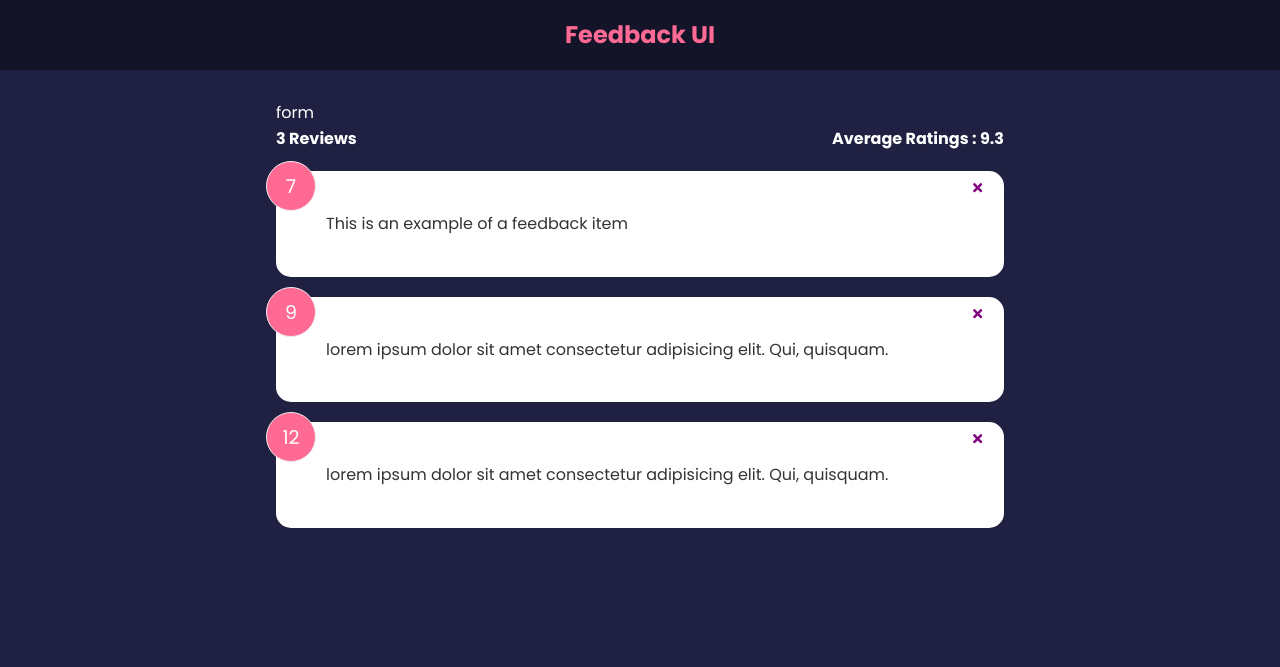
Repository: bayorwor/feedbackapp
Page: /
These files come from the project's save history. The page is drawn as it stood at one moment and after the next save; the edit follows.
The browser window is 1280 px wide. The pictures show the whole page.
The project was rebuilt for these pictures with package versions that can differ from the ones it lists, and the page was loaded fresh each time.

Above is the page before, as saved 2022-01-30 19:06:37.

After the next save:
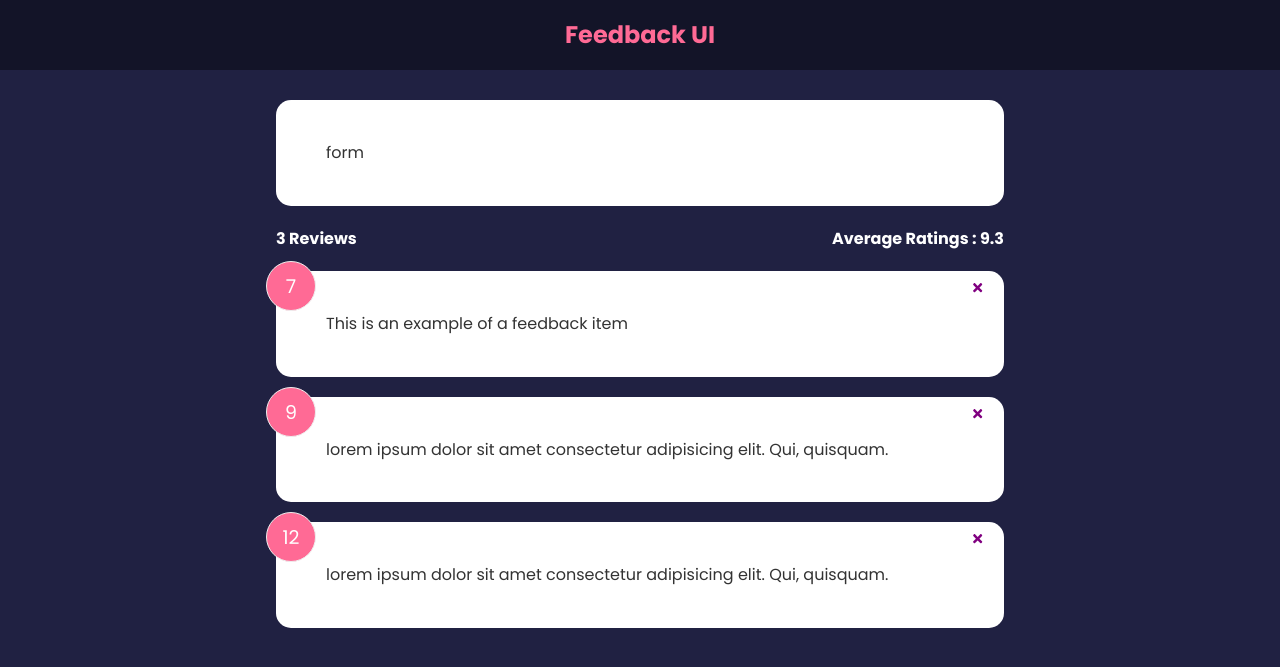
Saved 27 s later.
--- a/src/components/FeedbackForm.jsx
+++ b/src/components/FeedbackForm.jsx
@@ -1,7 +1,8 @@
 import React from "react";
+import Card from "./shared/Card";
 
 function FeedbackForm() {
-  return <div>form</div>;
+  return <Card>form</Card>;
 }
 
 export default FeedbackForm;
